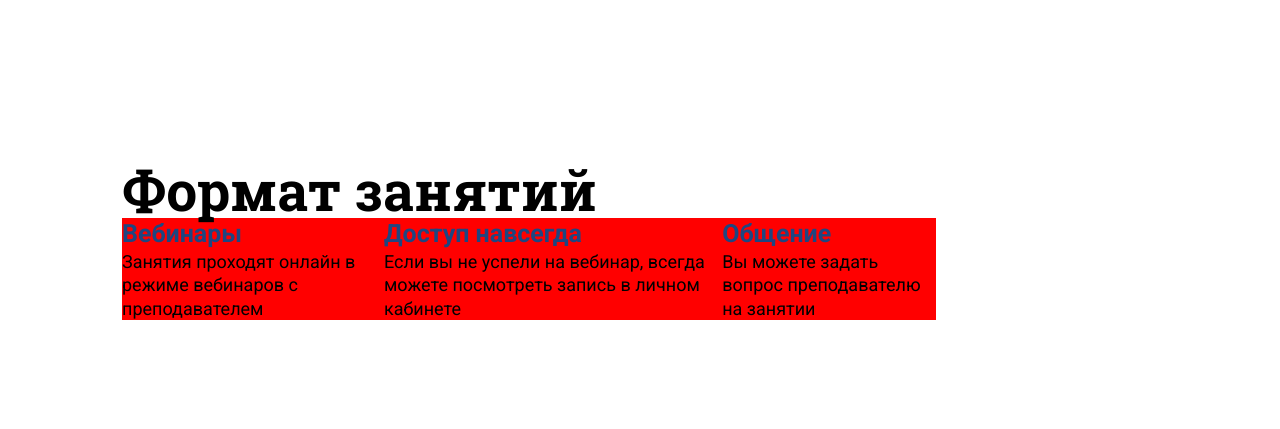
Repository: mirali879/previous-proj
Page: index.html
These files come from the project's save history. The page is drawn as it stood at one moment and after the next save; the edit follows.
The browser window is 1280 px wide. The pictures show the whole page.

Above is the page before, as saved 2023-05-06 19:18:09.

### index.html
<!DOCTYPE html>
<html lang="en">
  <head>
    <meta charset="UTF-8" />
    <meta http-equiv="X-UA-Compatible" content="IE=edge" />
    <meta name="viewport" content="width=device-width, initial-scale=1.0" />
    <link rel="stylesheet" href="/style.css" />
    <title>Document</title>
  </head>
  <body>
    <div class="page-1">
      <h1>Формат занятий</h1>

      <ul>
        <li >
          <h3>Вебинары</h3>
          <span
            >Занятия проходят онлайн в режиме вебинаров с преподавателем</span
          >
        </li>
        <li >
          <h3>Доступ навсегда</h3>
          <span
            >Если вы не успели на вебинар, всегда можете посмотреть запись в
            личном кабинете</span
          >
        </li>
        <li >
          <h3>Общение</h3>
          <span>Вы можете задать вопрос преподавателю на занятии</span>
        </li>
      </ul>
    </div>

    <!-- <div class="container">
      <h1>Что узнаем?</h1>

      <div class="row">
        <ul class="list">
          <li>Кто чем занят в съёмочной группе;</li>
          <li>На какие этапы делится кинопроизводство;</li>
          <li>
            Как выглядит сценарий фильма и как он меняется по ходу съёмок;
          </li>
          <li>
            Какими методами режиссёры заставляют нас смеяться, плакать и
            грустить;
          </li>
          <li>
            Как построение кадра, музыка и свет помогают считывать заложенные в
            фильм смыслы;
          </li>
          <li>
            Какие жанры есть в кино и как от них зависит работа операторов,
            осветителей и монтажёров;
          </li>
          <li>Как, зная всё это, понимать, о чем фильм.</li>
        </ul>
      </div>
    </div> -->

    <!-- <div class="container2">
        <h1>Программа курса</h1>
        <div class="box-row">
            <div class="box">
                <img src="/images/pic-1.png" alt="">
                <h3>1. Как создают кино</h3>
                <div class="div">
                    8 сентября 20:00 Данила Кузнецов
                </div>
            </div>

            <div class="box">
                <img src="/images/pic-1.png" alt="">
                <h3>1. Как создают кино</h3>
                <div class="div">
                    8 сентября 20:00 Данила Кузнецов
                </div>
            </div>

            <div class="box">
                <img src="/images/pic-1.png" alt="">
                <h3>1. Как создают кино</h3>
                <div class="div">
                    8 сентября 20:00 Данила Кузнецов
                </div>
            </div>

            <div class="box">
                <img src="/images/pic-1.png" alt="">
                <h3>1. Как создают кино</h3>
                <div class="div">
                    8 сентября 20:00 Данила Кузнецов
                </div>
            </div>

            <div class="box">
                <img src="/images/pic-1.png" alt="">
                <h3>1. Как создают кино</h3>
                <div class="div">
                    8 сентября 20:00 Данила Кузнецов
                </div>
            </div>

            <div class="box">
                <img src="/images/pic-1.png" alt="">
                <h3>1. Как создают кино</h3>
                <div class="div">
                    8 сентября 20:00 Данила Кузнецов
                </div>
            </div>

            <div class="box">
                <img src="/images/pic-1.png" alt="">
                <h3>1. Как создают кино</h3>
                <div class="div">
                    8 сентября 20:00 Данила Кузнецов
                </div>
            </div>

            <div class="box">
                <img src="/images/pic-1.png" alt="">
                <h3>1. Как создают кино</h3>
                <div class="div">
                    8 сентября 20:00 Данила Кузнецов
                </div>
            </div>
        </div>
    </div> -->
  </body>
</html>

### style.css
@import url("https://fonts.googleapis.com/css2?family=Roboto+Slab:wght@700&family=Roboto:wght@400;700&display=swap");
* {
  margin: 0;
  padding: 0;
}

/* .page-1 {
  padding: 162px 344px 188px 122px;
}

.page-1 h1 {
  font-family: Roboto Slab;
  font-size: 55px;
  font-weight: 700;
  text-align: left;
}

ul {
  background-color: aqua;
  display: flex;
}
li {
  margin-right: 112px;
}
.col-1 {
  width: 223px;
}
.col-2 {
  width: 271px;
}
.col-3 {
  width: 245px;
}

ul .col h3 {
  font-family: Roboto;
  font-size: 25px;
  font-weight: 700;
  line-height: 32px;
  letter-spacing: 0em;
  text-align: left;
}

.col span {
  font-family: Roboto;
  font-size: 18px;
  font-weight: 400;
  line-height: 23px;
  letter-spacing: 0em;
  text-align: left;
}

.list{
    width: 666px;
}

.list li {
  font-family: Roboto;
  font-size: 24px;
  font-weight: 400;
  line-height: 36px;
  letter-spacing: 0em;
  text-align: left;
}


.container2{
    padding: 0 85px 0 85px;
}

.box-row{
    display: flex;
    background-color: aqua;
    width: 100%;
    flex-wrap: wrap;

}


.box-row .box{
    width: 399px;
} */

 .page-1 {
  padding: 162px 344px 188px 122px;
}
.page-1 h1{
  font-family: 'Roboto Slab';
font-style: normal;
font-weight: 700;
font-size: 55px;
line-height: 101.38%;
}
.page-1 ul{
  display: flex;
  background-color: red;
}
.page-1 li {
  list-style-type: none;
}
li:nth-child(1) {
width: ;
}
.page-1 ul li h3{
  font-family: 'Roboto';
  font-style: normal;
  font-weight: 700;
  font-size: 25px;
  line-height: 130%;
  color: #1E4681;
}
.page-1 ul li span{
  font-family: 'Roboto';
font-style: normal;
font-weight: 400;
font-size: 18px;
line-height: 130%;

color: #000000;

}

After the next save:
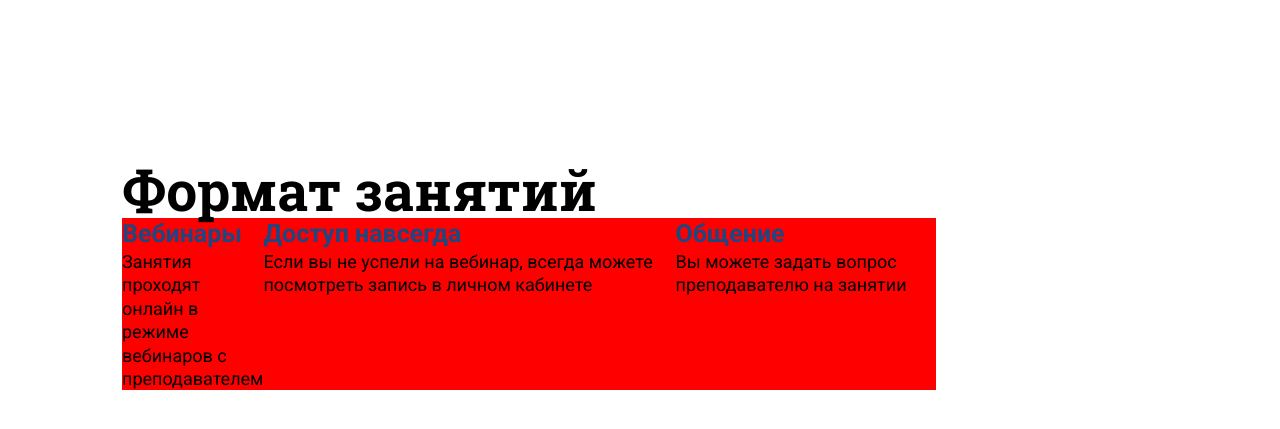
Saved 14 s later.
--- a/style.css
+++ b/style.css
@@ -99,7 +99,7 @@ line-height: 101.38%;
   list-style-type: none;
 }
 li:nth-child(1) {
-width: ;
+width: 223px;
 }
 .page-1 ul li h3{
   font-family: 'Roboto';
